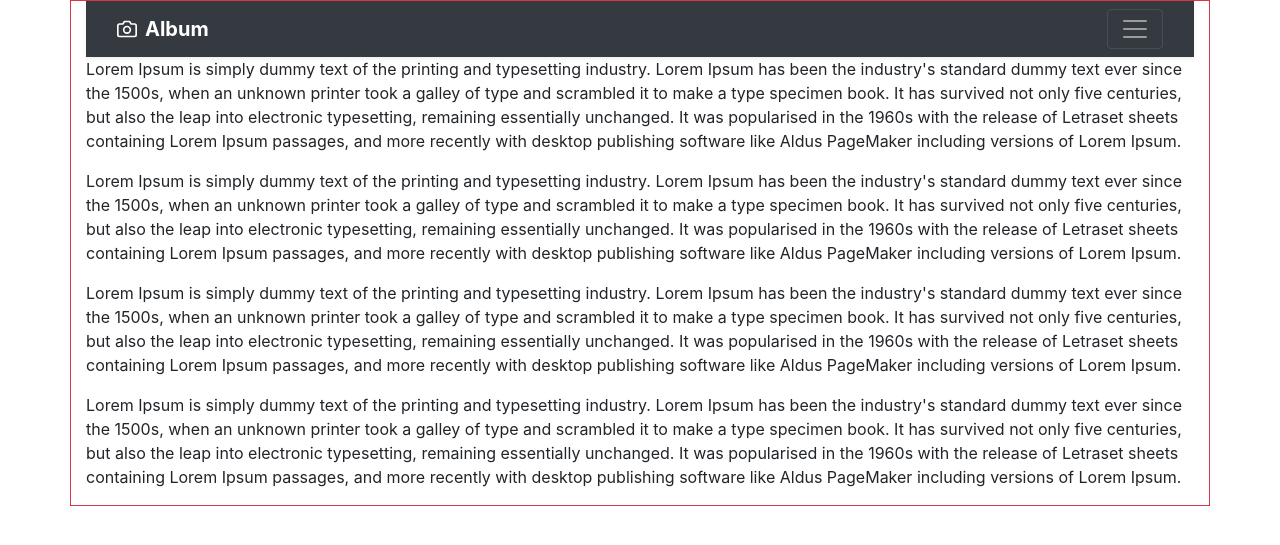
Repository: shankaraswal/react-multiple-ex
Page: /dark
The author's editor kept a copy of each file at every save. The page is drawn from the files as they stood at one save, then again after the next save.
The browser window is 1280 px wide. The pictures show the whole page.
The project was rebuilt for these pictures with package versions that can differ from the ones it lists, and the page was loaded fresh each time.

Above is the page before, as saved 2020-02-04 17:25:41.

### src/App.js
import React from 'react';

import Header from './components/common/Header'
import CopyArea from './components/common/CopyArea'

function App() {
  return (
    <div className="App container border border-danger">
      <Header />
      <CopyArea/>
    </div>
  );
}

export default App;

### src/components/common/Header.js

import React, { Component } from 'react'

export class Header extends Component {
  render() {
    return (
      <header>
  <div className="collapse bg-dark" id="navbarHeader">
    <div className="container">
      <div className="row">
        <div className="col-sm-8 col-md-7 py-4">
          <h4 className="text-white">About</h4>
          <p className="text-muted">Add some information about the album below, the author, or any other background context. Make it a few sentences long so folks can pick up some informative tidbits. Then, link them off to some social networking sites or contact information.</p>
        </div>
        <div className="col-sm-4 offset-md-1 py-4">
          <h4 className="text-white">Contact</h4>
          <ul className="list-unstyled">
            <li><a href="#" className="text-white">Follow on Twitter</a></li>
            <li><a href="#" className="text-white">Like on Facebook</a></li>
            <li><a href="#" className="text-white">Email me</a></li>
          </ul>
        </div>
      </div>
    </div>
  </div>
  <div className="navbar navbar-dark bg-dark shadow-sm">
    <div className="container d-flex justify-content-between">
      <a href="#" className="navbar-brand d-flex align-items-center">
        <svg xmlns="http://www.w3.org/2000/svg" width="20" height="20" fill="none" stroke="currentColor" stroke-linecap="round" stroke-linejoin="round" stroke-width="2" aria-hidden="true" className="mr-2" viewBox="0 0 24 24" focusable="false"><path d="M23 19a2 2 0 0 1-2 2H3a2 2 0 0 1-2-2V8a2 2 0 0 1 2-2h4l2-3h6l2 3h4a2 2 0 0 1 2 2z"></path><circle cx="12" cy="13" r="4"></circle></svg>
        <strong>Album</strong>
      </a>
      <button className="navbar-toggler" type="button" data-toggle="collapse" data-target="#navbarHeader" aria-controls="navbarHeader" aria-expanded="false" aria-label="Toggle navigation">
        <span className="navbar-toggler-icon"></span>
      </button>
    </div>
  </div>
</header>
    )
  }
}

export default Header

### src/components/common/CopyArea.js
import React, { Component } from 'react'

export class CopyArea extends Component {
  render() {
    return (
      <div>
        <p>Lorem Ipsum is simply dummy text of the printing and typesetting industry. Lorem Ipsum has been the industry's standard dummy text ever since the 1500s, when an unknown printer took a galley of type and scrambled it to make a type specimen book. It has survived not only five centuries, but also the leap into electronic typesetting, remaining essentially unchanged. It was popularised in the 1960s with the release of Letraset sheets containing Lorem Ipsum passages, and more recently with desktop publishing software like Aldus PageMaker including versions of Lorem Ipsum.</p>
        <p>Lorem Ipsum is simply dummy text of the printing and typesetting industry. Lorem Ipsum has been the industry's standard dummy text ever since the 1500s, when an unknown printer took a galley of type and scrambled it to make a type specimen book. It has survived not only five centuries, but also the leap into electronic typesetting, remaining essentially unchanged. It was popularised in the 1960s with the release of Letraset sheets containing Lorem Ipsum passages, and more recently with desktop publishing software like Aldus PageMaker including versions of Lorem Ipsum.</p>
        <p>Lorem Ipsum is simply dummy text of the printing and typesetting industry. Lorem Ipsum has been the industry's standard dummy text ever since the 1500s, when an unknown printer took a galley of type and scrambled it to make a type specimen book. It has survived not only five centuries, but also the leap into electronic typesetting, remaining essentially unchanged. It was popularised in the 1960s with the release of Letraset sheets containing Lorem Ipsum passages, and more recently with desktop publishing software like Aldus PageMaker including versions of Lorem Ipsum.</p>
        <p>Lorem Ipsum is simply dummy text of the printing and typesetting industry. Lorem Ipsum has been the industry's standard dummy text ever since the 1500s, when an unknown printer took a galley of type and scrambled it to make a type specimen book. It has survived not only five centuries, but also the leap into electronic typesetting, remaining essentially unchanged. It was popularised in the 1960s with the release of Letraset sheets containing Lorem Ipsum passages, and more recently with desktop publishing software like Aldus PageMaker including versions of Lorem Ipsum.</p>
     </div>
    )
  }
}

export default CopyArea

Loaded but not shown: public/index.html (common file); src/index.js (common file); src/index.css (common file); src/serviceWorker.js (common file)

After the next save:
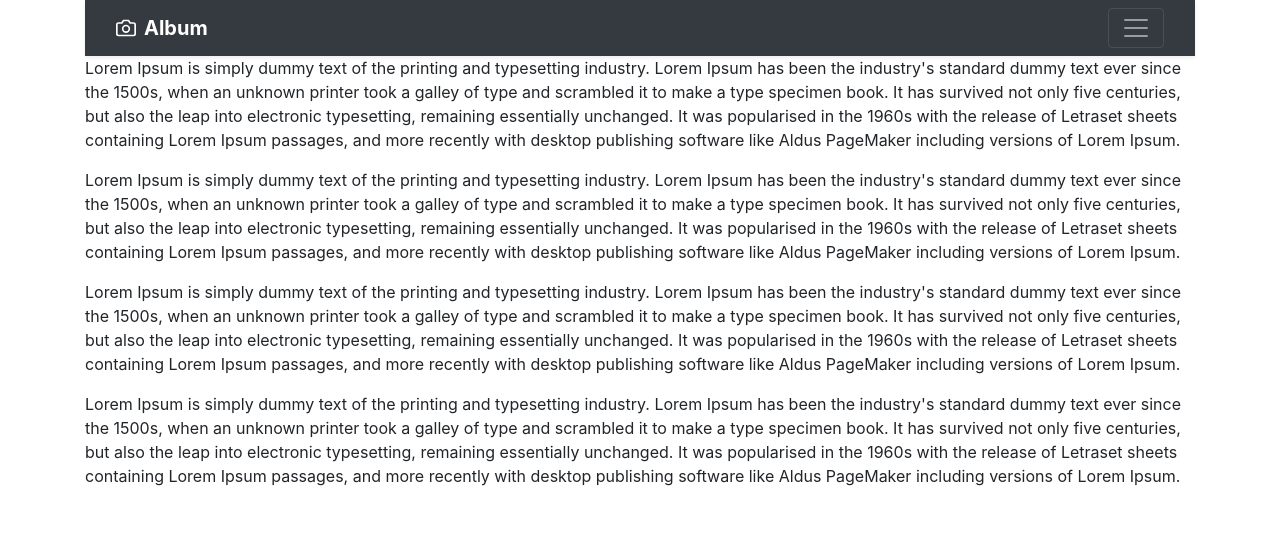
Saved 20 s later.
--- a/src/App.js
+++ b/src/App.js
@@ -5,7 +5,7 @@ import CopyArea from './components/common/CopyArea'
 
 function App() {
   return (
-    <div className="App container border border-danger">
+    <div className="App container">
       <Header />
       <CopyArea/>
     </div>
